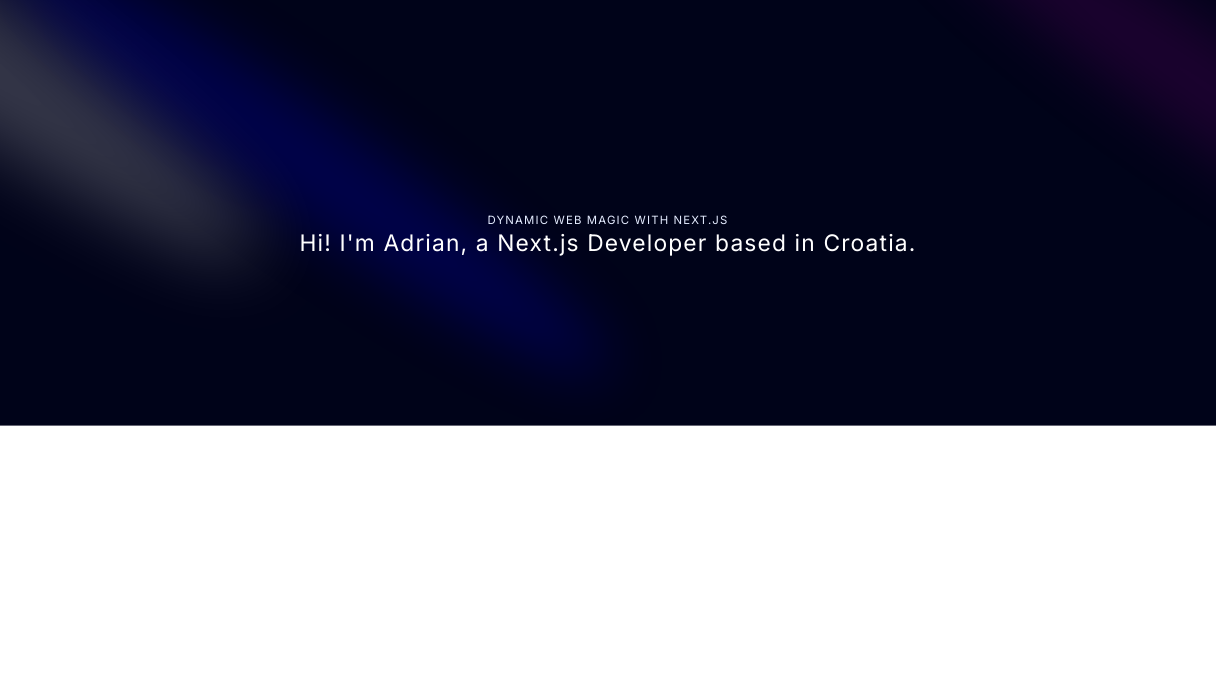
Repository: iharshitjaiswal/next_portfolio
Page: /
The author's editor kept a copy of each file at every save. The page is drawn from the files as they stood at one save, then again after the next save.
The browser window is 1280 px wide. The pictures show the whole page, at 95% of full size.
The project was rebuilt for these pictures with package versions that can differ from the ones it lists, and the page was loaded fresh each time. The framework's server and built-in components were replaced by stand-ins that run in the browser. Also part of the build but not shown: next.config.mjs.

Above is the page before, as saved 2024-05-23 17:55:46.

After the next save:
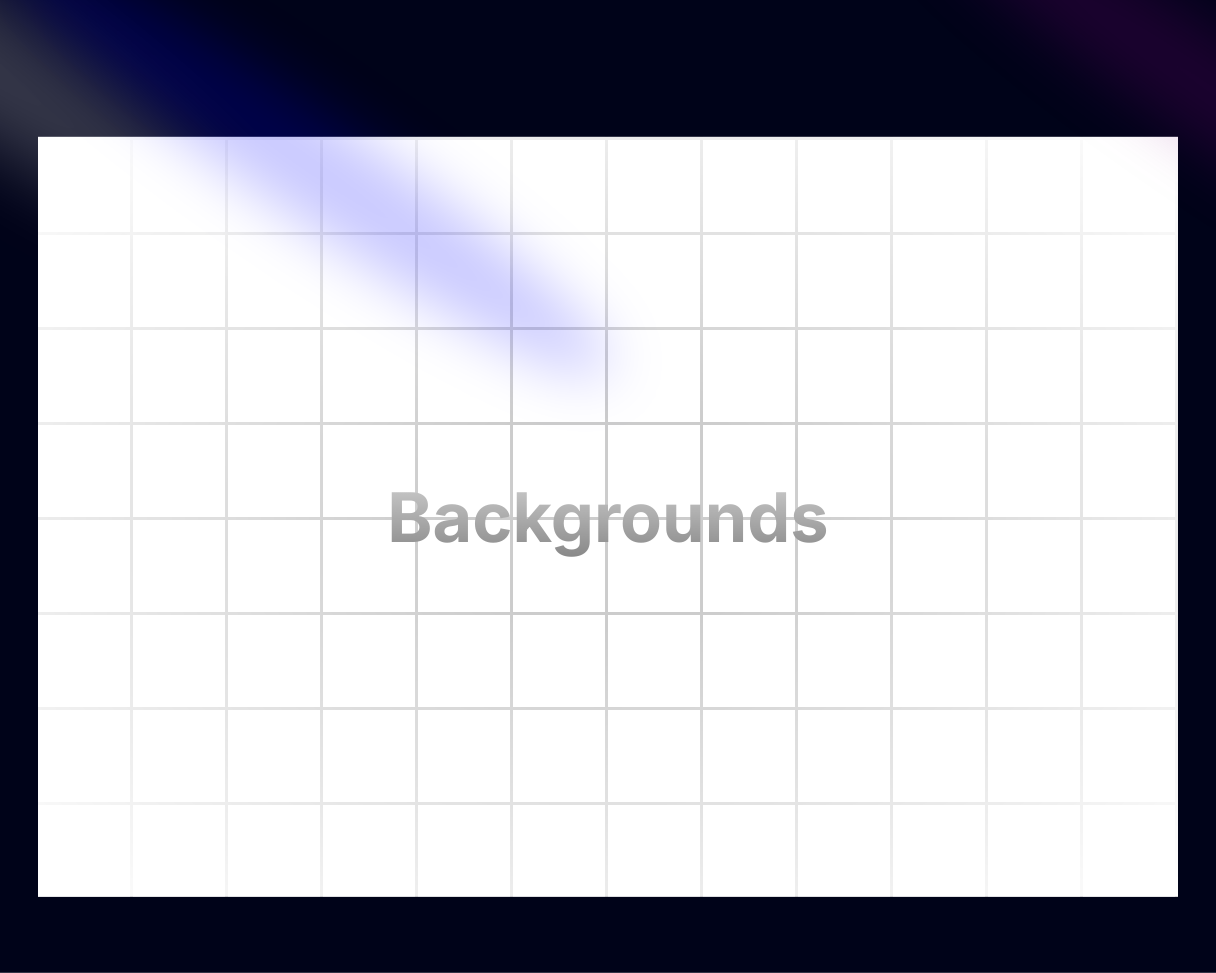
Saved 8 min 21 s later.
--- a/components/Hero.tsx
+++ b/components/Hero.tsx
@@ -15,16 +15,12 @@
         />
         <Spotlight className="top-28 left-80 h-[80vh] w-[50vw]" fill="blue" />
       </div>
-      <div className="flex justify-center relative my-20 z-10">
-        <div className="max-w-[89vw] md:max-w-2xl lg:max-w-[60vw] flex flex-col items-center justify-center">
-          <p className="uppercase tracking-widest text-xs text-center text-blue-100 max-w-80">
-            Dynamic Web Magic with Next.js
-          </p>
-
-          <p className="text-center md:tracking-wider mb-4 text-sm md:text-lg lg:text-2xl">
-            Hi! I&apos;m Adrian, a Next.js Developer based in Croatia.
-          </p>
-        </div>
+      <div className="h-[50rem] w-full dark:bg-black bg-white  dark:bg-grid-white/[0.2] bg-grid-black/[0.2] relative flex items-center justify-center">
+        {/* Radial gradient for the container to give a faded look */}
+        <div className="absolute pointer-events-none inset-0 flex items-center justify-center dark:bg-black bg-white [mask-image:radial-gradient(ellipse_at_center,transparent_20%,black)]"></div>
+        <p className="text-4xl sm:text-7xl font-bold relative z-20 bg-clip-text text-transparent bg-gradient-to-b from-neutral-200 to-neutral-500 py-8">
+          Backgrounds
+        </p>
       </div>
     </div>
   );
